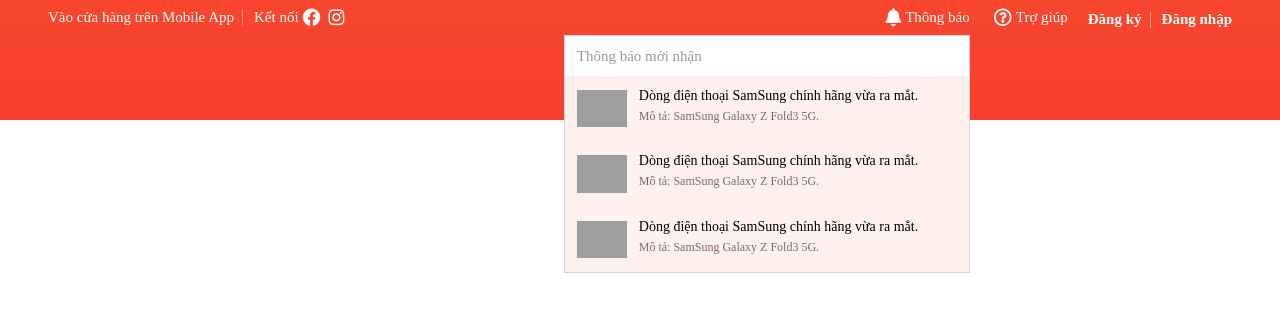
Repository: Qson412/BTL_Web
Page: index.html
The author's editor kept a copy of each file at every save. The page is drawn from the files as they stood at one save, then again after the next save.
The browser window is 1280 px wide. The pictures show the whole page.
Pictures or frames that could not be fetched are drawn as grey boxes.

Above is the page before, as saved 2021-11-28 22:25:22.

### index.html
<!DOCTYPE html>
<html lang="en">

<head>
    <meta charset="UTF-8">
    <meta http-equiv="X-UA-Compatible" content="IE=edge">
    <meta name="viewport" content="width=device-width, initial-scale=1.0">
    <link rel="stylesheet" href="./base.css">
    <link rel="stylesheet" href="./main.css">
    <link rel="stylesheet" href="./fontawesome-free-5.15.4-web/css/all.min.css">
    <title>Trang trủ</title>
</head>

<body>
    <div class="app">
        <!-- HEADER -->
        <header class="header">
            <div class="grid">
                <nav class="header__navbar">
                    <ul class="header__navbar-list">
                        <li class="header__navbar-item header__navbar-item--has-qr header__navbar-item--separate">
                            Vào cửa hàng trên Mobile App
                            <!--Link Dowloads App in QR, GG Play and AppStore-->
                            <div class="header__qr">
                                <img src="./uploads/qr_code.png" alt="QR code" class="header__qr-img">
                                <div class="header__qr-app">
                                    <!--Link Dowloads App in GG Play-->
                                    <a href="https://play.google.com/store/apps/details?id=com.shopee.vn&hl=vi&gl=US"
                                        class="header__qr-link"><img src="./uploads/gg_play.png" alt="Google Play"
                                            class="header__qr-dowloads-img"></a>
                                    <!--Link Dowloads App in AppStore-->
                                    <a href="https://apps.apple.com/vn/app/id959841449" class="header__qr-link"><img
                                            src="./uploads/appstore.png" alt="App Store"
                                            class="header__qr-dowloads-img"></a>
                                </div>
                            </div>
                        </li>
                        <li class="header__navbar-item">
                            <span class="header__navbar-title--no-poiter">Kết nối</span>
                            <a href="https://www.facebook.com/" class="header__navbar-icon-link"><i
                                    class="header__navbar-icon fab fa-facebook"></i></a>
                            <a href="https://www.instagram.com/" class="header__navbar-icon-link"><i
                                    class="header__navbar-icon fab fa-instagram"></i></a>
                        </li>
                    </ul>

                    <ul class="header__navbar-list">
                        <li class="header__navbar-item"><a href="" class="header__navbar-item-link">
                                <i class="header__navbar-icon fas fa-bell"></i>
                                Thông báo</a>
                                <!-- Header Notification-->
                                <div class="header__notify">
                                    <header class="header__notify-header">
                                        <h3> Thông báo mới nhận</h3>
                                    </header>
                                    <ul class="header__notify-list">
                                        <li class="header__notify-item header__notify-item--viewed">
                                            <a href="" class="header__notify-link">
                                                <img src="https://cf.shopee.vn/file/3096ba0dd1902385608dca97184bb28b_tn" alt="" class="header__notify-img">
                                                <div class="header__notify-info">
                                                    <span class="header__notify-name">
                                                        Dòng điện thoại SamSung chính hãng vừa ra mắt. </span>
                                                    <span class="header__notify-descriotion">
                                                        Mô tả: SamSung Galaxy Z Fold3 5G.
                                                    </span>
                                                </div>
                                            </a>
                                        </li>

                                        <li class="header__notify-item header__notify-item--viewed">
                                            <a href="" class="header__notify-link">
                                                <img src="https://cf.shopee.vn/file/3096ba0dd1902385608dca97184bb28b_tn" alt="" class="header__notify-img">
                                                <div class="header__notify-info">
                                                    <span class="header__notify-name">
                                                        Dòng điện thoại SamSung chính hãng vừa ra mắt. </span>
                                                    <span class="header__notify-descriotion">
                                                        Mô tả: SamSung Galaxy Z Fold3 5G.
                                                    </span>
                                                </div>
                                            </a>
                                        </li>

                                        <li class="header__notify-item header__notify-item--viewed">
                                            <a href="" class="header__notify-link">
                                                <img src="https://cf.shopee.vn/file/3096ba0dd1902385608dca97184bb28b_tn" alt="" class="header__notify-img">
                                                <div class="header__notify-info">
                                                    <span class="header__notify-name">
                                                        Dòng điện thoại SamSung chính hãng vừa ra mắt. </span>
                                                    <span class="header__notify-descriotion">
                                                        Mô tả: SamSung Galaxy Z Fold3 5G.
                                                    </span>
                                                </div>
                                            </a>
                                        </li>
                                    </ul>
                                </div>
                        </li>
                        <li class="header__navbar-item"><a href="" class="header__navbar-item-link">
                                <i class="header__navbar-icon far fa-question-circle"></i>
                                Trợ giúp</a>
                        </li>
                        <li class="header__navbar-item header__navbar-item--strong header__navbar-item--separate">Đăng
                            ký</li>
                        <li class="header__navbar-item header__navbar-item--strong">Đăng nhập</li>
                    </ul>
                </nav>
            </div>

        </header>

        <div class="container">

        </div>

        <footer class="footer">

        </footer>
    </div>
</body>

</html>

### base.css
body{
    margin: 0;
    padding: 0;
}
.grid{
    width: 1200px;
    max-width: 100%;
    margin: 0 auto;
}

/* Animation */
@keyframes fadeIn{
    from{
        opacity: 0;
    }
    to{
        opacity: 1;
    }
}
/* Bien ma mau*/
:root{
    --primary-color: #ee4d2d;

}

### main.css
.header{

    height: 120px;
    background-image: linear-gradient(0, #f63f2e, #f7462e);
}
.header__navbar{
    display: flex;
    justify-content: space-between;
}
.header__navbar-list{
    list-style: none;
    padding-left: 0;
    margin-top: 4px;
}

.header__navbar-icon-link{
    color: white;
    text-decoration: none;
}

.header__navbar-icon{
    font-size: 18px;
    margin: 0 4px;
}
.header__navbar-item{
    margin: 0 8px ;
    position: relative;
    min-height: 26px;
}
.header__navbar-item--has-qr:hover .header__qr{
    display: block;
}
.header__navbar-item,
.header__navbar-item-link{
    display: inline-block;
    font-size: 15px;
    color: white;
    text-decoration: none;
   font-family: 'Times New Roman', Times, serif;
}
.header__navbar-item:hover,
.header__navbar-icon-link:hover,
.header__navbar-item-link:hover{
    cursor: pointer;
    color: rgba(255, 255, 255, 0.7);
}

.header__navbar-item,
.header__navbar-item-link,
.header__navbar-icon-link{
    display: inline-flex;
    align-items: center;
}
.header__navbar-item--strong{
    font-weight: 900;
}

.header__navbar-item--separate::after{
    content: "";
    display: block;
    position: absolute;
    border-left: 1px solid #FB9086;
    height: 16px;
    right: -9px;
    top: 50%;
    transform: translateY(-50%);
}

.header__navbar-title--no-poiter{
    cursor: text;
    color: white;
}

/* Header QR code */
.header__qr{
    width: 175px;
    background-color: white ;
    position: absolute;
    left: 0;
    top: 118%;
    padding: 8px;
    border-radius: 2px;
    display: none;
    animation: fadeIn ease-in 0.5s;
}
.header__qr::before{
    position: absolute;
    left: 0;
    top: -16px;
    width: 100%;
    height: 20px;
    content: "";
    display: block;
}
.header__qr-img{
    width: 100%;
}

.header__qr-app{
    display: flex;
    justify-content: space-between;
    /* width: 100%;*/
}

.header__qr-link:nth-child(1){
    margin-left: 11px;
}
.header__qr-link:nth-child(2){
    margin-right: 11px;
}
.header__qr-dowloads-img{
    height: 16px;
}
/* HEADER NOTI.fication */
.header__notify{
    position: absolute;
    top: 118%;
    width: 404px;
    border: 1px solid #d3d3d3;
    background-color: white;
    right: 0;
}

.header__notify-header{
    height: 40px;
    background-color: white;
}

.header__notify-header h3{
    color: #999;
    margin:0 0 0 12px;
    font-weight: 400;
    font-size: 15px;
    line-height: 40px;
}

.header__notify-list{
    padding-left: 0;
}

.header__notify-item{
    display: flex;
}

.header__notify-item--viewed{

}

.header__notify-link{
    display: flex;
    width: 100%;
    padding: 12px;
    text-decoration: none;
    background-color: rgb(238, 77, 45 , 0.08);
}

.header__notify-img{
    width: 50px;
    object-fit: contain;
}

.header__notify-info{
    margin-left: 12px;
}

.header__notify-name{
    display:block;
    font-size: 14px;
    color: black;
    font-weight: 400;
}

.header__notify-descriotion{
    display: block;
    font-size: 12px;
    color: #756f6e;
    line-height: 1.6rem;
}

Loaded but not shown: fontawesome-free-5.15.4-web/css/all.min.css (library)

After the next save:
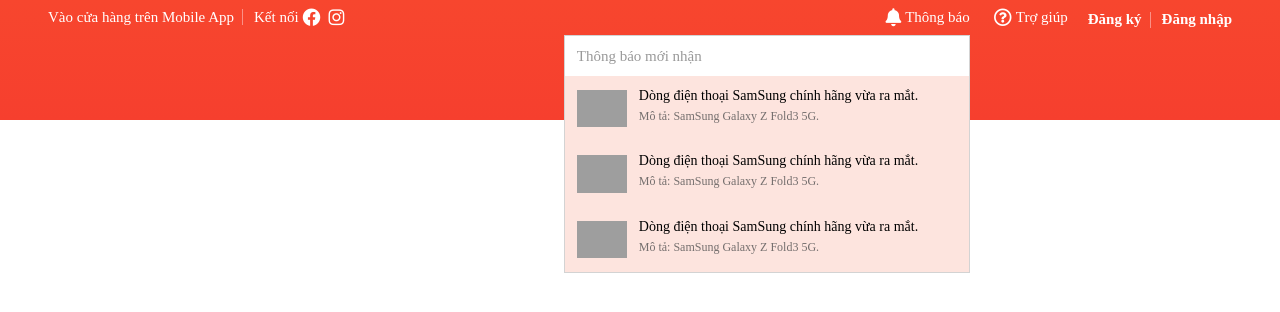
Saved 2 min 36 s later.
--- a/main.css
+++ b/main.css
@@ -142,8 +142,11 @@
     display: flex;
 }
 
+.header__notify-item:hover{
+    background-color: #f7f7f7;
+}
 .header__notify-item--viewed{
-
+    background-color: rgb(238, 75, 43 , 0.08);
 }
 
 .header__notify-link{
